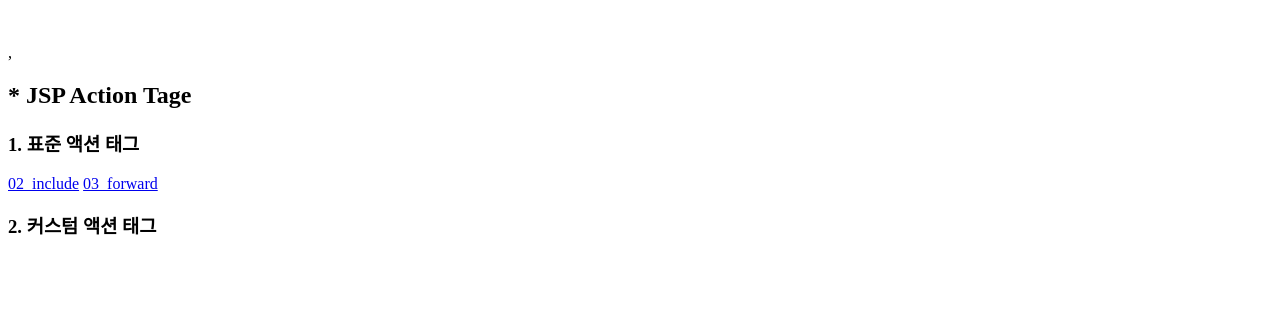
Repository: dltbxkfm86-creator/web
Page: http://localhost/Action/
An editor plug-in stored every save of this project. The page is shown before and after the next save, followed by the edit.
The browser window is 1280 px wide. The pictures show the whole page.
The page is served by Tomcat 9. Other server files are loaded and not shown. The template is opened directly, without the code that normally fills it, so the values that code supplies are empty.

Above is the page before, as saved 2025-09-24 07:51:07.

### Action/src/main/webapp/index.jsp
<%@ page language="java" contentType="text/html; charset=UTF-8"
    pageEncoding="UTF-8"%>
<!DOCTYPE html>
<html>
<head>
<meta charset="UTF-8">
<title>Insert title here</title>
</head>
<body>
	<br><br>

	${ classRoom }, ${ academy }

	<!--
		JSP를 이루는 구성요소

		1. Scripting Element : JSP상에서 자바코드를 직접 기술할 수 있게 해주는 요소
		2. 문자열 : HTML, CSS, J.S
		3. 지시어 : JSP페이지 정보를 기술한다거나(page) 포함시킬 때 사용(include)
		4. JSP Action Tag : XML기술을 사용해서 기존의 JSP문법을 확장하는 용도로 사용하는 태그
	 -->

	 <h2>* JSP Action Tage</h2>

	 <h3>1. 표준 액션 태그</h3>

	 <a href="/action/include.do">02_include</a>

	 <a href="/action/forward.do">03_forward</a>

	 <h3>2. 커스텀 액션 태그</h3>



</body>
</html>

After the next save:
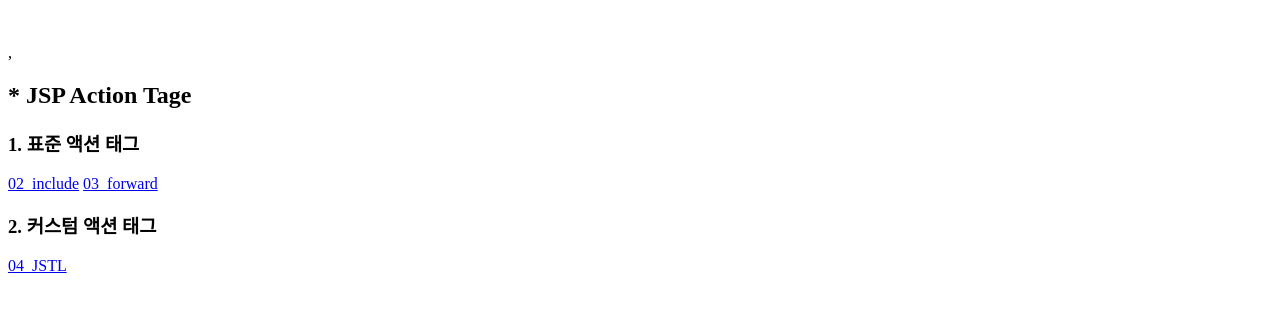
Saved 10 min 6 s later.
--- a/Action/src/main/webapp/index.jsp
+++ b/Action/src/main/webapp/index.jsp
@@ -30,7 +30,7 @@
 
 	 <h3>2. 커스텀 액션 태그</h3>
 
-
+	 <a href="/action/jstl.do">04_JSTL</a>
 
 </body>
 </html>
